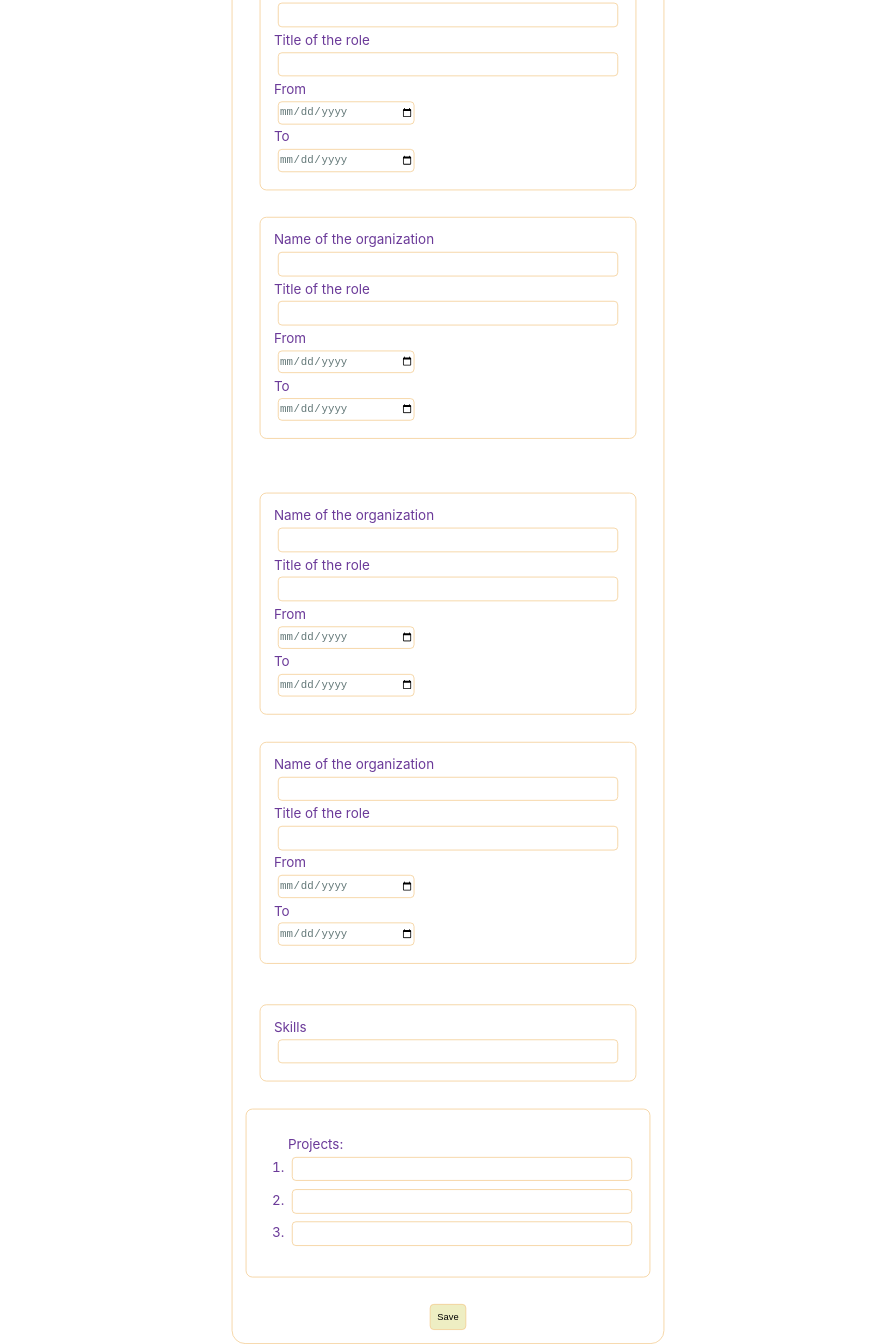
Repository: 0101chaitanya/resume-app
Page: /
These files come from the project's save history. The page is drawn as it stood at one moment and after the next save; the edit follows.
The browser window is 1280 px wide. The pictures show the part of the page from y = 1507 to 3427 px (the page is 3427 px tall before and 2715 px after), at 70% of full size.
The project was rebuilt for these pictures with package versions that can differ from the ones it lists, and the page was loaded fresh each time.

Above is the page before, as saved 2021-07-28 18:35:41.

### src/App.js
import React, { useState, useEffect } from "react";
import logo from "./logo.svg";
import "./App.css";
import Section1 from "./components/section1";
import Section2 from "./components/section2";
import Section3 from "./components/section3";
/* fullName: "",
    currentRole: "",
    address1: "",
    address2: "",
    about: "",
    phone: "",
    email: "",

    schoolName1: "",
    titleOfStudy1: "",
    from1: "",
    to1: "",

    schoolName2: "",
    titleOfStudy2: "",
    from2: "",
    to2: "",

    organizationName1: "",
    titleOfRole1: "",
    workedFrom1: "",
    workedTill1: "",

    organizationName2: "",
    titleOfRole2: "",
    workedFrom2: "",
    workedTill2: "",


    */

function App() {
  const [state, setState] = useState({
    skills: "",

    project1: "",
    project2: "",
    project3: "",
  });
  useEffect(() => {
    console.log(state);
  });
  const onChange = (e) => {
    const { name, value } = e.target;
    console.log(name, value);
    setState({
      ...state,
      [name]: value,
    });
    console.log(state);
  };
  const handleSubmit = (e) => {
    localStorage.setItem("savedData", JSON.stringify(state));
    setState({
      fullName: "",
      currentRole: "",
      address1: "",
      address2: "",
      email: "",
      phone: "",
      about: "fsfesffsffsefsfsefes",
      schoolName1: "",
      titleOfStudy1: "",
      from1: "",
      to1: "",
      schoolName2: "",
      titleOfStudy2: "",
      from2: "",
      to2: "",
      organizationName1: "",
      titleOfRole1: "",
      workedFrom1: "",
      workedTill1: "",
      organizationName2: "",
      titleOfRole2: "",
      workedFrom2: "",
      workedTill2: "",
      skills: "",
      project1: "",
      project2: "",
      project3: "",
    });
    e.target.submit();
  };

  return (
    <div className="app">
      <header className="App-header">
        <h1>Resume-App</h1>
      </header>
      <form
        onSubmit={(e) => {
          e.preventDefault();
          handleSubmit(e);
        }}
      >
        <Section1 state={state} onChange={onChange.bind(this)} />
        <Section2 state={state} onChange={onChange.bind(this)} />
        <Section3 state={state} onChange={onChange.bind(this)} />

        <div className="section section3">
          <div className="job1">
            <label htmlFor="organizationName1">
              Name of the organization
              <input
                required
                id="organizationName1"
                name="organizationName1"
                onChange={onChange}
                value={state.organizationName1}
                type="text"
              />
            </label>
            <label htmlFor="titleOfRole1">
              Title of the role
              <input
                required
                id="titleOfRole1"
                name="titleOfRole1"
                onChange={onChange}
                value={state.titleOfRole1}
                type="text"
              />
            </label>
            <label htmlFor="workedFrom1">
              From
              <input
                required
                id="workedFrom1"
                name="workedFrom1"
                onChange={onChange}
                value={state.workedFrom1}
                type="date"
              />
            </label>
            <label htmlFor="workedTill1">
              To
              <input
                required
                id="workedTill1"
                name="workedTill1"
                onChange={onChange}
                value={state.workedTill1}
                type="date"
              />
            </label>
          </div>
          <div className="job2">
            <label htmlFor="organizationName2">
              Name of the organization
              <input
                id="organizationName2"
                name="organizationName2"
                onChange={onChange}
                value={state.organizationName2}
                type="text"
              />
            </label>
            <label htmlFor="titleOfRole2">
              Title of the role
              <input
                id="titleOfRole2"
                name="titleOfRole2"
                onChange={onChange}
                value={state.titleOfRole2}
                type="text"
              />
            </label>
            <label htmlFor="workedFrom2">
              From
              <input
                id="workedFrom2"
                name="workedFrom2"
                onChange={onChange}
                value={state.workedFrom2}
                type="date"
              />
            </label>
            <label htmlFor="workedTill2">
              To
              <input
                id="workedTill2"
                name="workedTill2"
                onChange={onChange}
                value={state.workedTill2}
                type="date"
              />
            </label>
          </div>
        </div>
        <div className="section section4">
          <label htmlFor="skills">
            Skills
            <input
              required
              id="skills"
              name="skills"
              onChange={onChange}
              value={state.skills}
              type="text"
            />
          </label>
        </div>
        <div className="section section5">
          <ol>
            Projects:
            <li>
              <label htmlFor="project1">
                <input
                  required
                  id="project1"
                  name="project1"
                  onChange={onChange}
                  value={state.project1}
                  type="text"
                />
              </label>
            </li>
            <li>
              <label htmlFor="project2">
                <input
                  required
                  id="project2"
                  name="project2"
                  onChange={onChange}
                  value={state.project2}
                  type="text"
                />
              </label>
            </li>
            <li>
              <label htmlFor="project3">
                <input
                  id="project3"
                  name="project3"
                  onChange={onChange}
                  value={state.project3}
                  type="text"
                />
              </label>
            </li>
          </ol>
        </div>
        <button type="submit">Save</button>
      </form>
    </div>
  );
}

export default App;

### src/App.css
html {
  font-size: 1.2rem;
  font-weight: 400;
  color: rgb(107, 58, 153);
}
input {
  border-radius: 0.3rem;
  height: 1.6rem;
  border: 0.1rem solid rgb(243, 200, 135);
  border-radius: 0.3rem;
  font-size: 0.8rem;
  color: rgb(98, 119, 119);
}
.app {
  margin: auto;
  display: flex;
  flex-direction: column;
  border: 0.1rem solid rgb(243, 200, 135);
  width: fit-content;
  border-radius: 1rem;
  height: fit-content;
}

h1 {
  text-align: center;
  text-decoration: underline;
}
label {
  display: flex;
  flex-direction: column;
}
input[type="text"] {
  width: 25rem;
  margin: 0.3rem;
}
input[type="email"],
input[type="tel"] {
  width: 14rem;

  margin: 0.3rem;
}

input[type="date"] {
  width: 10rem;

  margin: 0.3rem;
}
.edu1,
.edu2,
.job1,
.job2 {
  margin: 1rem;
  padding: 1rem;
  border-radius: 0.5rem;
  border: 1px solid rgb(243, 200, 135);
}
.section {
  margin: 1rem;
  display: flex;
  flex-direction: column;
  justify-content: center;
}
form {
  display: flex;
  flex-direction: column;
  align-items: center;
}
button {
  justify-self: center;
  align-self: center;
  margin: 1rem;
  padding: 0.5rem;
  background-color: rgb(238, 238, 195);
  border-radius: 0.3rem;
  border: 1px solid rgb(243, 200, 135);
}

.section1,
.section4,
.section5 {
  margin: 1rem;
  padding: 1rem;

  border-radius: 0.5rem;
  border: 1px solid rgb(243, 200, 135);
}

### src/components/section1.js
import React, { useState } from "react";

export default function Section1(props) {
  const [state, setState] = useState({
    fullName: props.state.fullName,
    currentRole: props.state.currentRole,
    address1: props.state.address1,
    address2: props.state.address2,
    email: props.state.email,
    phone: props.state.phone,
    about: props.state.about,

    /* fullName: "",
    currentRole: "",
    address1: "",
    address2: "",
    about: "",
    phone: "",
    email: "", */
  });
  return (
    <div className="section section1">
      <label htmlFor="fullName">
        Full Name
        <input
          required
          id="fullName"
          name="fullName"
          onChange={(e) => props.onChange(e)}
          value={state.fullName}
          type="text"
        />
      </label>
      <label htmlFor="currentRole">
        Current Role
        <input
          required
          id="currentRole"
          name="currentRole"
          onChange={props.onChange}
          value={state.currentRole}
          type="text"
        />
      </label>
      <label htmlFor="address1">
        Address Field 1
        <input
          required
          id="address1"
          name="address1"
          onChange={props.onChange}
          value={state.address1}
          type="text"
        />
      </label>
      <label htmlFor="address2">
        Address Field 2
        <input
          required
          id="address2"
          name="address2"
          onChange={props.onChange}
          value={state.address2}
          type="text"
        />
      </label>
      <label htmlFor="email">
        Email
        <input
          required
          id="email"
          name="email"
          onChange={props.onChange}
          value={state.email}
          type="email"
        />
      </label>
      <label htmlFor="phone">
        Phone
        <input
          required
          id="phone"
          name="phone"
          onChange={props.onChange}
          value={state.phone}
          type="tel"
        />
      </label>
      <label htmlFor="about">
        About
        <textarea
          rows={3}
          id="about"
          name="about"
          onChange={props.onChange}
          value={state.about}
        />
      </label>
    </div>
  );
}

### src/components/section2.js
import React, { useState } from "react";

export default function Section2(props) {
  const [state, setState] = useState({
    schoolName1: props.state.schoolName1,
    titleOfStudy1: props.state.titleOfStudy1,
    from1: props.state.from1,
    to1: props.state.to1,

    schoolName2: props.state.schoolName2,
    titleOfStudy2: props.state.titleOfStudy2,
    from2: props.state.from2,
    to2: props.state.to2,
  });

  return (
    <div className="section section2">
      <div className="edu1">
        <label htmlFor="schoolName1">
          Organization providing the education or training
          <input
            required
            id="schoolName1"
            name="schoolName1"
            onChange={props.onChange}
            value={state.schoolName1}
            type="text"
          />
        </label>
        <label htmlFor="titleOfStudy1">
          Education or training undertaken
          <input
            required
            id="titleOfStudy1"
            name="titleOfStudy1"
            onChange={props.onChange}
            value={state.titleOfStudy1}
            type="text"
          />
        </label>
        <label htmlFor="from1">
          From
          <input
            required
            id="from1"
            name="from1"
            onChange={props.onChange}
            value={state.from1}
            type="date"
          />
        </label>
        <label htmlFor="to1">
          To
          <input
            required
            id="to1"
            name="to1"
            onChange={props.onChange}
            value={state.to1}
            type="date"
          />
        </label>
      </div>
      <div className="edu2">
        <label htmlFor="schoolName2">
          Organization providing the education or training
          <input
            required
            id="schoolName2"
            name="schoolName2"
            onChange={props.onChange}
            value={state.schoolName2}
            type="text"
          />
        </label>
        <label htmlFor="titleOfStudy2">
          Education or training undertaken
          <input
            required
            id="titleOfStudy2"
            name="titleOfStudy2"
            onChange={props.onChange}
            value={state.titleOfStudy2}
            type="text"
          />
        </label>
        <label htmlFor="from2">
          From
          <input
            required
            id="from2"
            name="from2"
            onChange={props.onChange}
            value={state.from2}
            type="date"
          />
        </label>
        <label htmlFor="to2">
          To
          <input
            required
            id="to2"
            name="to2"
            onChange={props.onChange}
            value={state.to2}
            type="date"
          />
        </label>
      </div>
    </div>
  );
}

### src/components/section3.js
import React, { useState } from "react";

export default function Section3(props) {
  const [state, setState] = useState({
    organizationName1: props.state.organizationName1,
    titleOfRole1: props.state.titleOfRole1,
    workedFrom1: props.state.workedFrom1,
    workedTill1: props.state.workedTill1,

    organizationName2: props.state.organizationName2,
    titleOfRole2: props.state.titleOfRole2,
    workedFrom2: props.state.workedFrom2,
    workedTill2: props.state.workedTill2,
  });
  return (
    <div className="section section3">
      <div className="job1">
        <label htmlFor="organizationName1">
          Name of the organization
          <input
            required
            id="organizationName1"
            name="organizationName1"
            onChange={props.onChange}
            value={state.organizationName1}
            type="text"
          />
        </label>
        <label htmlFor="titleOfRole1">
          Title of the role
          <input
            required
            id="titleOfRole1"
            name="titleOfRole1"
            onChange={props.onChange}
            value={state.titleOfRole1}
            type="text"
          />
        </label>
        <label htmlFor="workedFrom1">
          From
          <input
            required
            id="workedFrom1"
            name="workedFrom1"
            onChange={props.onChange}
            value={state.workedFrom1}
            type="date"
          />
        </label>
        <label htmlFor="workedTill1">
          To
          <input
            required
            id="workedTill1"
            name="workedTill1"
            onChange={props.onChange}
            value={state.workedTill1}
            type="date"
          />
        </label>
      </div>
      <div className="job2">
        <label htmlFor="organizationName2">
          Name of the organization
          <input
            id="organizationName2"
            name="organizationName2"
            onChange={props.onChange}
            value={state.organizationName2}
            type="text"
          />
        </label>
        <label htmlFor="titleOfRole2">
          Title of the role
          <input
            id="titleOfRole2"
            name="titleOfRole2"
            onChange={props.onChange}
            value={state.titleOfRole2}
            type="text"
          />
        </label>
        <label htmlFor="workedFrom2">
          From
          <input
            id="workedFrom2"
            name="workedFrom2"
            onChange={props.onChange}
            value={state.workedFrom2}
            type="date"
          />
        </label>
        <label htmlFor="workedTill2">
          To
          <input
            id="workedTill2"
            name="workedTill2"
            onChange={props.onChange}
            value={state.workedTill2}
            type="date"
          />
        </label>
      </div>
    </div>
  );
}

Loaded but not shown: public/index.html (common file); src/index.js (common file); src/index.css (common file); src/reportWebVitals.js (common file)

After the next save:
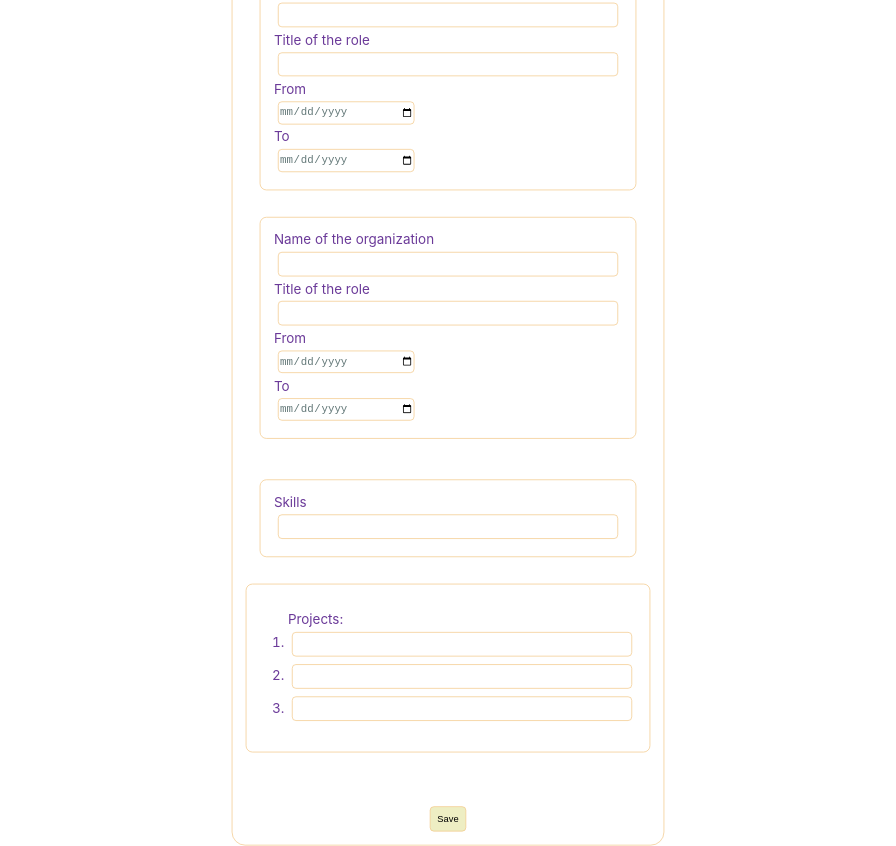
Saved 13 min 1 s later.
--- a/src/App.js
+++ b/src/App.js
@@ -104,96 +104,6 @@ function App() {
         <Section2 state={state} onChange={onChange.bind(this)} />
         <Section3 state={state} onChange={onChange.bind(this)} />
 
-        <div className="section section3">
-          <div className="job1">
-            <label htmlFor="organizationName1">
-              Name of the organization
-              <input
-                required
-                id="organizationName1"
-                name="organizationName1"
-                onChange={onChange}
-                value={state.organizationName1}
-                type="text"
-              />
-            </label>
-            <label htmlFor="titleOfRole1">
-              Title of the role
-              <input
-                required
-                id="titleOfRole1"
-                name="titleOfRole1"
-                onChange={onChange}
-                value={state.titleOfRole1}
-                type="text"
-              />
-            </label>
-            <label htmlFor="workedFrom1">
-              From
-              <input
-                required
-                id="workedFrom1"
-                name="workedFrom1"
-                onChange={onChange}
-                value={state.workedFrom1}
-                type="date"
-              />
-            </label>
-            <label htmlFor="workedTill1">
-              To
-              <input
-                required
-                id="workedTill1"
-                name="workedTill1"
-                onChange={onChange}
-                value={state.workedTill1}
-                type="date"
-              />
-            </label>
-          </div>
-          <div className="job2">
-            <label htmlFor="organizationName2">
-              Name of the organization
-              <input
-                id="organizationName2"
-                name="organizationName2"
-                onChange={onChange}
-                value={state.organizationName2}
-                type="text"
-              />
-            </label>
-            <label htmlFor="titleOfRole2">
-              Title of the role
-              <input
-                id="titleOfRole2"
-                name="titleOfRole2"
-                onChange={onChange}
-                value={state.titleOfRole2}
-                type="text"
-              />
-            </label>
-            <label htmlFor="workedFrom2">
-              From
-              <input
-                id="workedFrom2"
-                name="workedFrom2"
-                onChange={onChange}
-                value={state.workedFrom2}
-                type="date"
-              />
-            </label>
-            <label htmlFor="workedTill2">
-              To
-              <input
-                id="workedTill2"
-                name="workedTill2"
-                onChange={onChange}
-                value={state.workedTill2}
-                type="date"
-              />
-            </label>
-          </div>
-        </div>
         <div className="section section4">
           <label htmlFor="skills">
             Skills
@@ -247,6 +157,7 @@ function App() {
             </li>
           </ol>
         </div>
+        <div className="section section6"></div>
         <button type="submit">Save</button>
       </form>
     </div>
